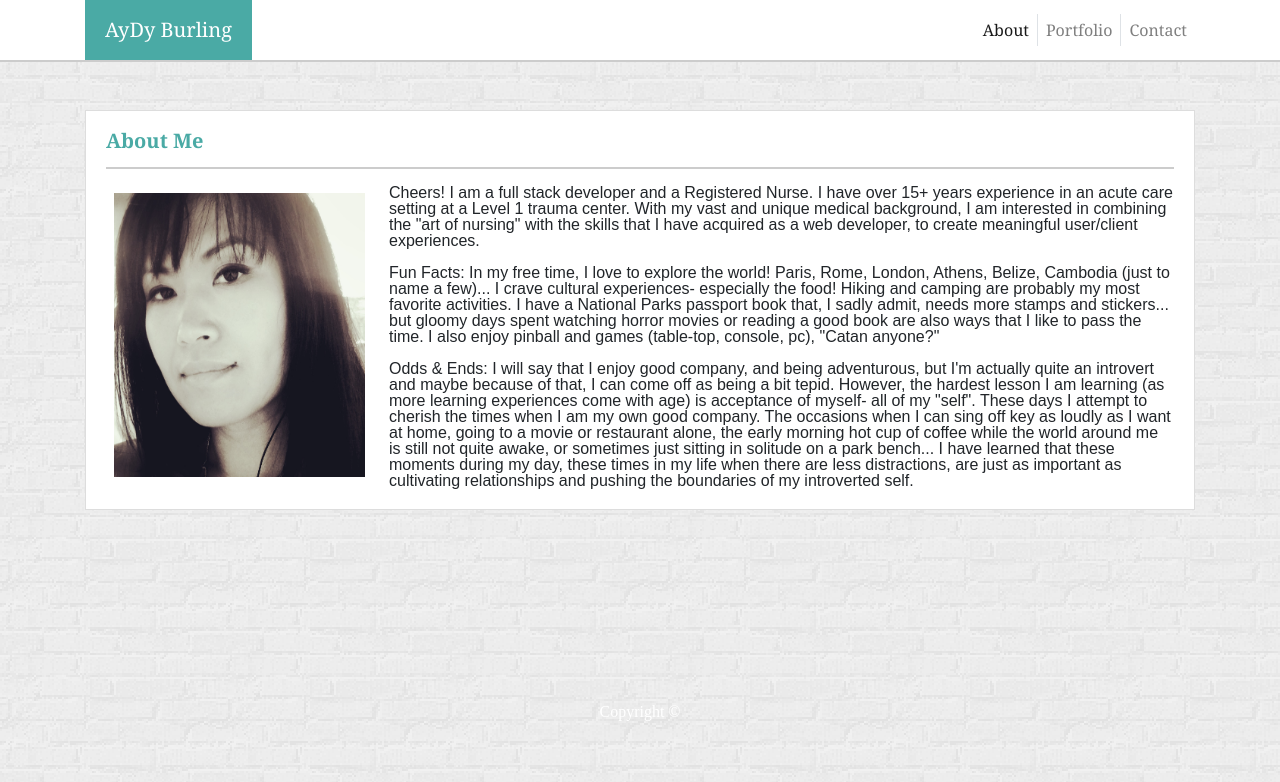
Repository: Dee1985/AyDy-Burling-prework
Page: Module-1_Assessment/index.html
These files come from the project's save history. The page is drawn as it stood at one moment and after the next save; the edit follows.
The browser window is 1280 px wide. The pictures show the whole page.

Above is the page before, as saved 2020-05-22 22:21:48.

### Module-1_Assessment/index.html
<!DOCTYPE html>
<html lang="en">
	<head>
		<meta charset="UTF-8" />
		<meta name="viewport" content="width=device-width, initial-scale=1.0" />
		<meta http-equiv="X-UA-Compatible" content="ie=edge" />
		<title>About</title>

		<link
			rel="stylesheet"
			href="https://stackpath.bootstrapcdn.com/bootstrap/4.3.1/css/bootstrap.min.css"
			integrity="sha384-ggOyR0iXCbMQv3Xipma34MD+dH/1fQ784/j6cY/iJTQUOhcWr7x9JvoRxT2MZw1T"
			crossorigin="anonymous"
		/>
		<link rel="stylesheet" href="assets/css/reset.css" />
		<link rel="stylesheet" href="assets/css/style.css" />
	</head>
	<body>
		<nav class="navbar navbar-light navbar-expand-lg p-0 another-card">
			<div class="container">
				<a href="# " class="navbar-brand text-white">AyDy Burling</a>
				<button
					class="navbar-toggler"
					type="button"
					data-toggle="collapse"
					data-target="#navbarTogglerDemo02"
					aria-controls="navbarTogglerDemo02"
					aria-expanded="false"
					aria-label="Toggle navigation"
				>
					<span class="navbar-toggler-icon"></span>
				</button>
				<div class="collapse navbar-collapse" id="navbarTogglerDemo02">
					<ul class="navbar-nav ml-auto mt-2 mt-lg-0">
						<li class="nav-item active">
							<a class="nav-link border-right" href="#">About</a>
						</li>
						<li class="nav-item">
							<a class="nav-link border-right" href="portfolio.html"
								>Portfolio</a
							>
						</li>
						<li class="nav-item">
							<a class="nav-link" href="contact.html" tabindex="-1">Contact</a>
						</li>
					</ul>
				</div>
			</div>
		</nav>

		<section class="another-card">
			<div class="container vh-100">
				<div class="row">
					<div class="col-lg-12 mb-4">
						<div class="card mt-5 rounded-0">
							<div class="card-body">
								<h5 class="card-title">About Me</h5>
								<hr />
								<div class="media">
									<img
										src="assets/img/IMG_0322.JPG"
										width="25%"
										height="300"
										class="mr-3 p-2"
										alt="..."
									/>
									<div class="media-body">
										<p>
											Cheers! I am a full stack developer and a Registered
											Nurse. I have over 15+ years experience in an acute care
											setting at a Level 1 trauma center. With my vast and
											unique medical background, I am interested in combining
											the "art of nursing" with the skills that I have acquired
											as a web developer, to create meaningful user/client
											experiences.
										</p>
										<br />
										<p>
											Fun Facts: In my free time, I love to explore the world!
											Paris, Rome, London, Athens, Belize, Cambodia (just to
											name a few)... I crave cultural experiences- especially
											the food! Hiking and camping are probably my most favorite
											activities. I have a National Parks passport book that, I
											sadly admit, needs more stamps and stickers... but gloomy
											days spent watching horror movies or reading a good book
											are also ways that I like to pass the time. I also enjoy
											pinball and games (table-top, console, pc), "Catan
											anyone?"
										</p>
										<br />
										<p>
											Odds & Ends: I will say that I enjoy good company, and
											being adventurous, but I'm actually quite an introvert and
											maybe because of that, I can come off as being a bit
											tepid. However, the hardest lesson I am learning (as more
											learning experiences come with age) is acceptance of
											myself- all of my "self". These days I attempt to cherish
											the times when I am my own good company. The occasions
											when I can sing off key as loudly as I want at home, going
											to a movie or restaurant alone, the early morning hot cup
											of coffee while the world around me is still not quite
											awake, or sometimes just sitting in solitude on a park
											bench... I have learned that these moments during my day,
											these times in my life when there are less distractions,
											are just as important as cultivating relationships and
											pushing the boundaries of my introverted self.
										</p>
									</div>
								</div>
							</div>
						</div>
					</div>
				</div>
			</div>
		</section>

		<footer>
			<div class="text-center text-white">Copyright &copy;</div>
		</footer>

		<script
			src="https://code.jquery.com/jquery-3.3.1.slim.min.js"
			integrity="sha384-q8i/X+965DzO0rT7abK41JStQIAqVgRVzpbzo5smXKp4YfRvH+8abtTE1Pi6jizo"
			crossorigin="anonymous"
		></script>
		<script
			src="https://cdnjs.cloudflare.com/ajax/libs/popper.js/1.14.7/umd/popper.min.js"
			integrity="sha384-UO2eT0CpHqdSJQ6hJty5KVphtPhzWj9WO1clHTMGa3JDZwrnQq4sF86dIHNDz0W1"
			crossorigin="anonymous"
		></script>
		<script
			src="https://stackpath.bootstrapcdn.com/bootstrap/4.3.1/js/bootstrap.min.js"
			integrity="sha384-JjSmVgyd0p3pXB1rRibZUAYoIIy6OrQ6VrjIEaFf/nJGzIxFDsf4x0xIM+B07jRM"
			crossorigin="anonymous"
		></script>
	</body>
</html>

### Module-1_Assessment/assets/css/style.css
* {
	box-sizing: border-box;
	margin: 0;
	padding: 0;
}

section {
	/* https://www.toptal.com/designers/subtlepatterns/?s=brick */
	background-image: url('../img/brickwall_@2X.png');
	background-position: center;
	overflow: auto;
}

nav {
	font-family: Cambria, Cochin, Georgia, Times, 'Times New Roman', serif;
}

.btn {
	background-color: #4aaaa5;
	border-color: #4aaaa5;
}
.navbar {
	border-bottom: 2px solid #cccccc;
}
a.navbar-brand {
	background-color: #4aaaa5;
	padding: 20px;
	margin: 0;
}
hr {
	border-top: 2px solid;
	border-color: #cccccc;
}

.card {
	font-family: Arial, Helvetica, sans-serif;
	border-color: #dddddd;
}
.card-title {
	font-size: 20px;
	color: #4aaaa5;
	font-family: Cambria, Cochin, Georgia, Times, 'Times New Roman', serif;
	font-weight: bold;
}
.card-heading {
	background-color: #4aaaa5;
	font-size: 16px;
	font-family: Cambria, Cochin, Georgia, Times, 'Times New Roman', serif;
	position: absolute;
	bottom: 5%;
	width: 100%;
	padding-top: 10px;
	padding-bottom: 10px;
}

footer {
	position: fixed;
	left: 0;
	bottom: 0;
	width: 100%;
}

Loaded but not shown: Module-1_Assessment/assets/css/reset.css (common file)

After the next save:
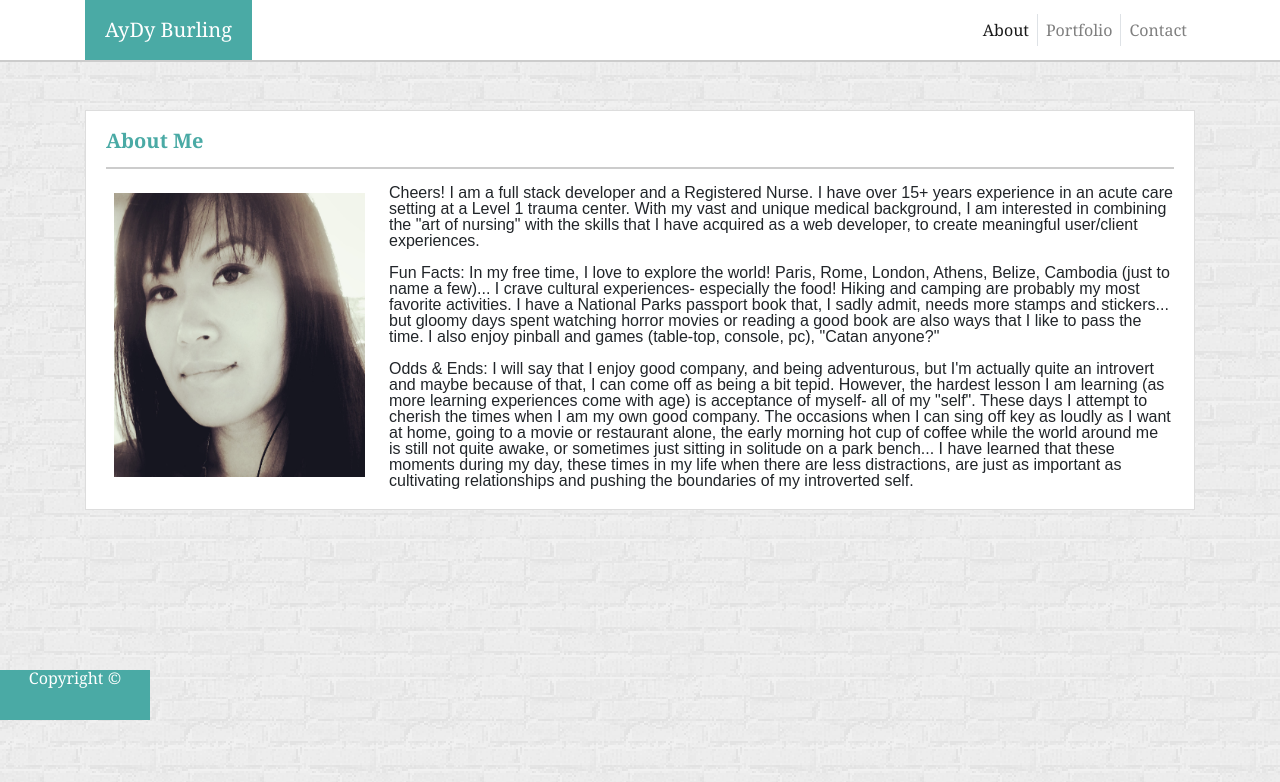
Saved 65 s later.
--- a/Module-1_Assessment/assets/css/style.css
+++ b/Module-1_Assessment/assets/css/style.css
@@ -58,4 +58,10 @@ footer {
 	left: 0;
 	bottom: 0;
 	width: 100%;
+	background-color: #4aaaa5;
+	color: #ffffff;
+	width: 150px;
+	height: 50px;
+	font-size: 16px;
+	font-family: Georgia, Times, 'Times New Roman', serif;
 }
